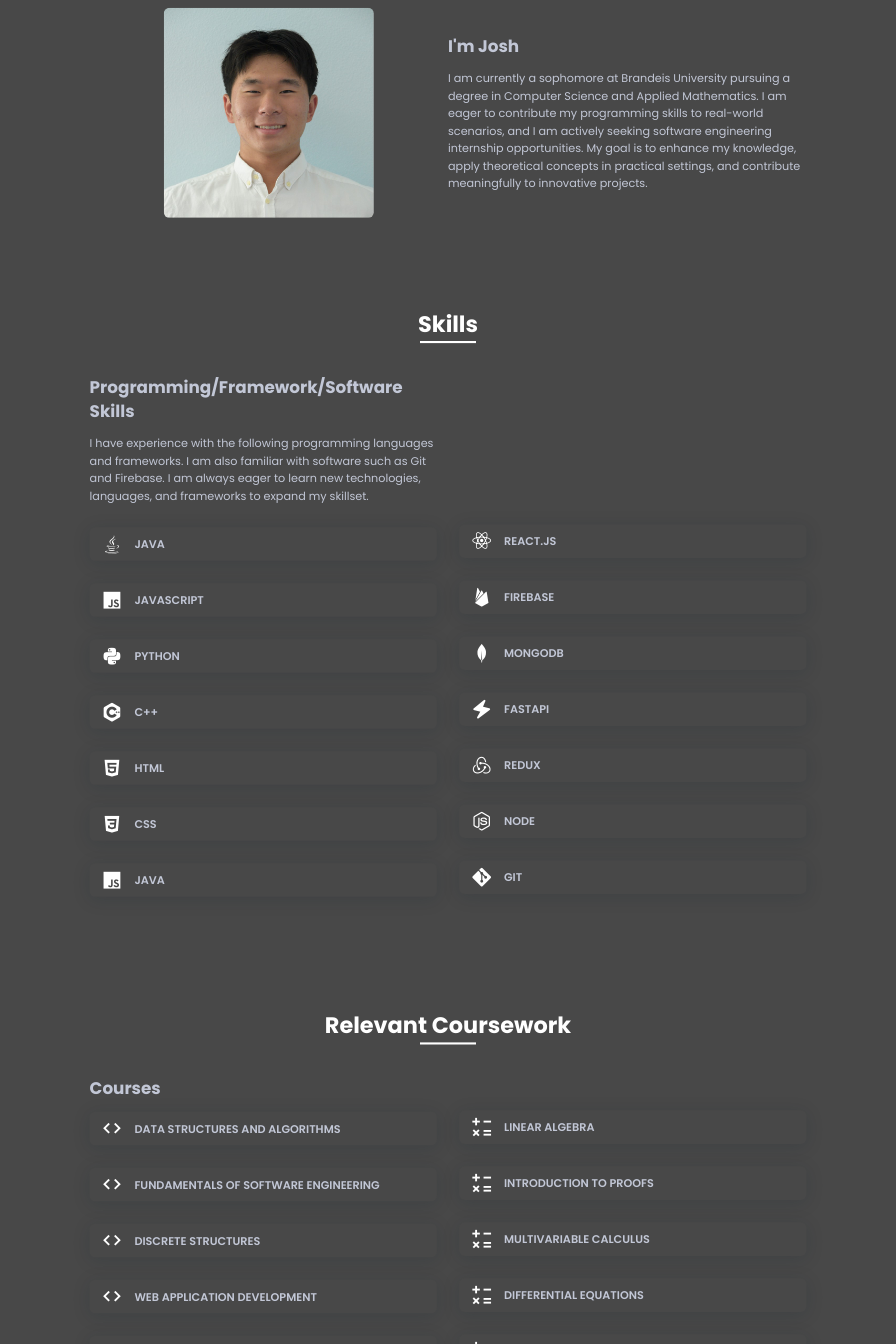
Repository: joshliu14/joshliu14.github.io
Page: index.html
The author's editor kept a copy of each file at every save. The page is drawn from the files as they stood at one save, then again after the next save.
The browser window is 1280 px wide. The pictures show the part of the page from y = 803 to 2723 px (the page is 5490 px tall), at 70% of full size.

Above is the page before, as saved 2024-02-01 02:07:31.

After the next save:
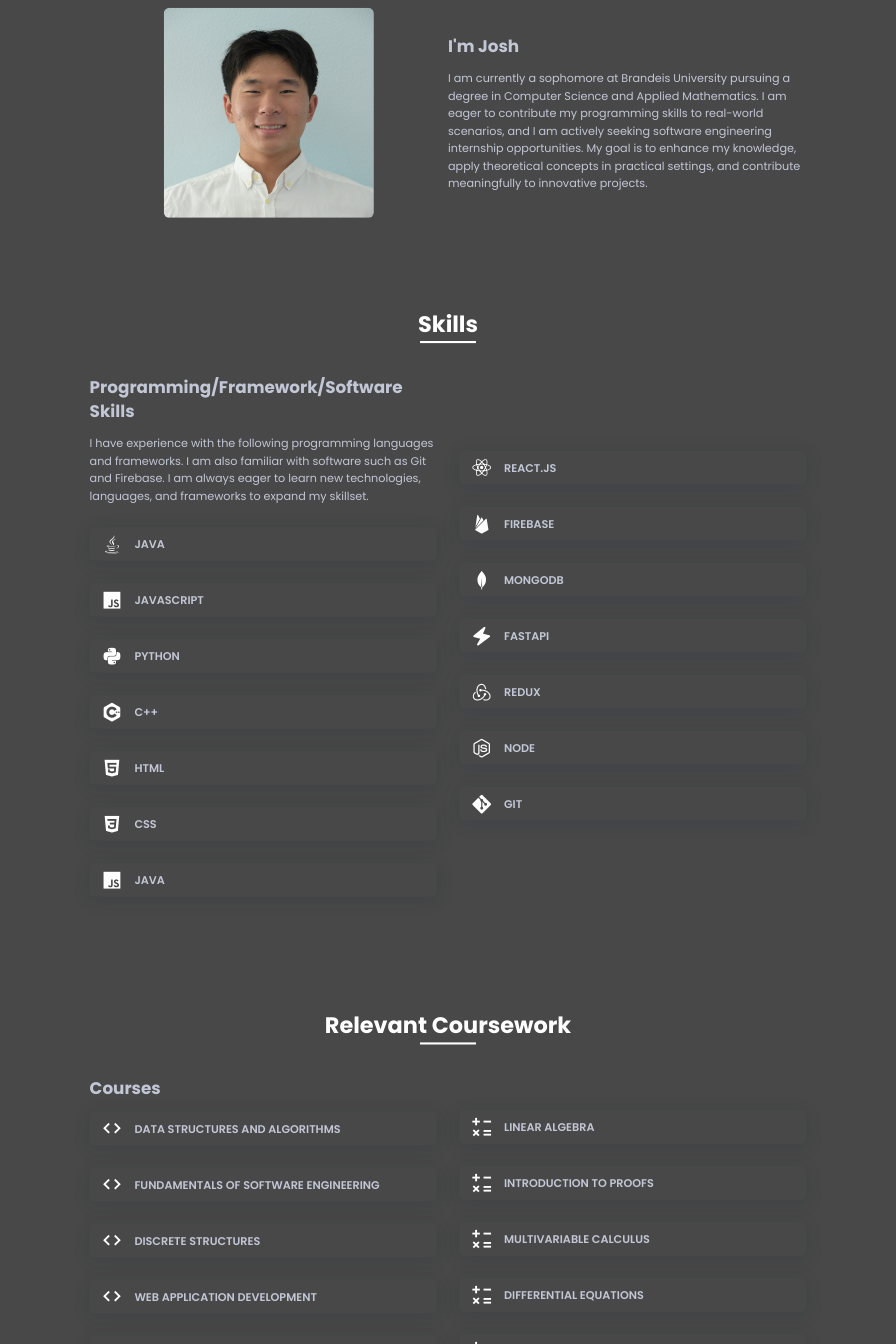
Saved 61 min 12 s later.
--- a/index.html
+++ b/index.html
@@ -186,7 +186,7 @@
               </div>
             </div>
           </div>
-          <div class="skills__column2">
+          <div>
             <div class="skills__data">
               <div class="skills__names">
                 <i class="bx bxl-react skills__icon"></i>
